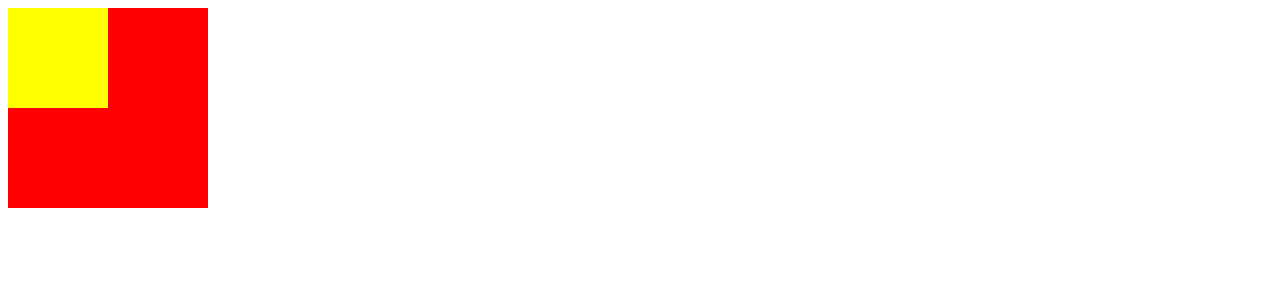
Repository: Qianfane/Blog
Page: CSS/居中测试/2.2 center-position-transform.html
The author's editor kept a copy of each file at every save. The page is drawn from the files as they stood at one save, then again after a run of saves.
The browser window is 1280 px wide. The pictures show the whole page.

Above is the page before, as saved 2022-01-24 23:44:41.

After the next 4 saves:
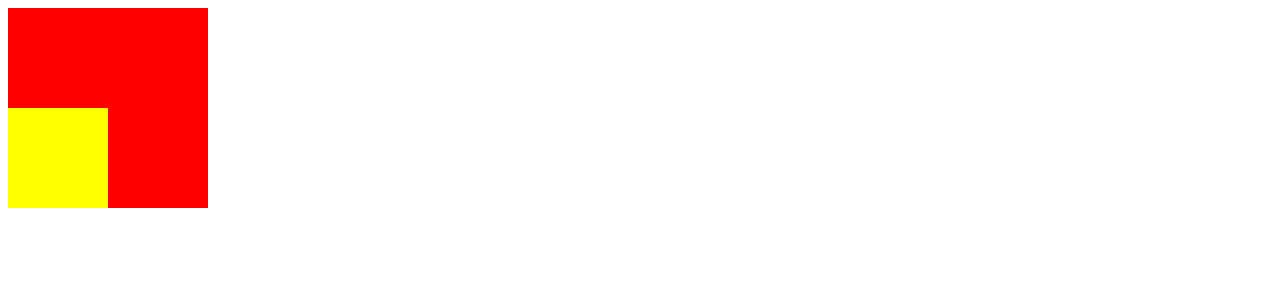
The 4 saves are shown as one change because they came seconds apart.
The last was saved 9 s later.
--- a/CSS/居中测试/2.2 center-position-transform.html
+++ b/CSS/居中测试/2.2 center-position-transform.html
@@ -17,7 +17,8 @@
     }
     .inner {
         position: absolute;
-        top: ;
+        top: 50%;
+
 
         width: 100px;
         height: 100px;
